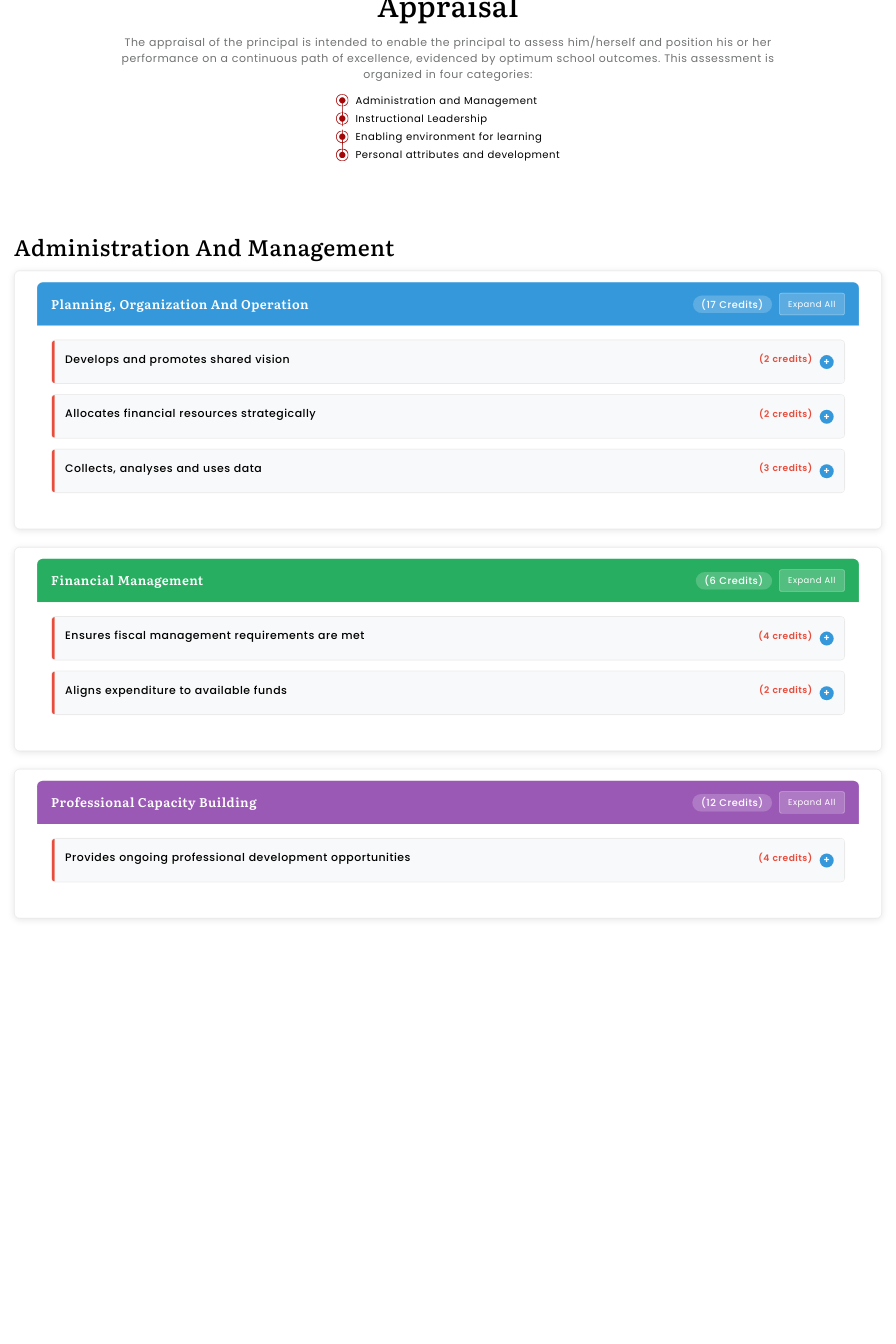
Repository: Dana204/principal-appraisal
Page: /
The author's editor kept a copy of each file at every save. The page is drawn from the files as they stood at one save, then again after the next save.
The browser window is 1280 px wide. The pictures show the part of the page from y = 546 to 2466 px (the page is 2683 px tall before and 2784 px after), at 70% of full size.
Backgrounds fixed to the window are drawn as part of the page. The project was rebuilt for these pictures with package versions that can differ from the ones it lists, and the page was loaded fresh each time. Also part of the build but not shown: vite.config.js, src/components/ButtonFilled/ButtonFilled.css, src/components/ButtonFilled/ButtonFilled.jsx, src/components/HeroSection/HeroSection.css, src/components/SlidingText/SlidingText.css, src/components/SlidingText/SlidingText.jsx, src/components/HeroSection/HeroSection.jsx, src/components/SectionTitle/SectionTitle.css and 15 more.

Above is the page before, as saved 2025-08-02 09:25:01.

### index.html
<!doctype html>
<html lang="en">
  <head>
    <meta charset="UTF-8" />
    <link rel="icon" type="image/svg+xml" href="/vite.svg" />
    <meta name="viewport" content="width=device-width, initial-scale=1.0" />

    <link rel="preconnect" href="https://fonts.googleapis.com">
    <link rel="preconnect" href="https://fonts.gstatic.com" crossorigin>
    <link href="https://fonts.googleapis.com/css2?family=Literata:wght@200;300;400;500;600&family=Poppins:wght@200;300;400;500;600&display=swap" rel="stylesheet">


    <title>Vite + React</title>

  </head>
  <body>
    <div id="root"></div>
    <script type="module" src="/src/main.jsx"></script>
  </body>
</html>

### src/index.css
/** @format */

:root {
  --black: #000;
  --white: #fff;
  --cultured: #f8f9faff;
  /* --primary-color: #1A64A1ff; */
  --primary-color: #a30707;
  --secondary-color: #d10909;
  /* --primary-gradient: linear-gradient(90deg, #D10909, #FF3B3B, #FF6B6B, #333333); */
  /* --primary-gradient: linear-gradient(90deg, #D10909, #FF3B3B, #FF6B6B, #333333); */
  --primary-gradient: linear-gradient(90deg, #8b0606, #d10909, #ff3b3b);
  /* --primary-color: #0466c8; */
  /* --secondary-color: #E3F0FF; */
  --accent-color: #f5737f;
  /* --accent-color: #010E37ff; */
  --red: #e51e22;
  --oxford-blue: #010e37ff;
  --oxford-blue-2: #010e37ff;
  /* --red100: rgb(229, 31, 35, ); */

  /* --gray100: #e9ecef; */
  --gray100: #f2f4f6;
  --gray200: #e5e5e5;
  --gray300: #8d959d;
  --gray400: #6c757d;
  --gray500: #131515;
  --gray600: #16181d;
  /* --gray600: #16181d; */
  --gray700: #070606;
  --gray900: #1f1f1f;

  --literata: "Literata", serif;
  --box-shadow: 0 15px 30px rgba(0, 0, 0, 0.08);
  --box-shadow2: -20px 20px 20px rgba(0, 0, 0, 0.02);
  --box-shadow3: rgba(0, 0, 0, 0.08) 0px 7px 29px 0px;

  --px8: calc(8 / 16 * 1rem);
  --icon-size-sm: calc(14 / 16 * 1rem);
  --icon-size-md: calc(18 / 16 * 1rem);
  --icon-size-lg: calc(24 / 16 * 1rem);
  --icon-size-xl: calc(32 / 16 * 1rem);
  /* --icon-size-sm: calc(20 / 16 * 1rem); */

  --spacing-sm: calc(5 / 16 * 1rem); /* 5px */
  --spacing-md: calc(10 / 16 * 1rem); /* 10px */
  --spacing-lg: calc(15 / 16 * 1rem); /* 15px */
  --spacing-xl: calc(20 / 16 * 1rem); /* 20px */
  --spacing-xxl: calc(32 / 16 * 1rem); /* 32px */

  --font-size-xs: calc(10 / 16 * 1rem); /* 10px */
  --font-size-sm: calc(14 / 16 * 1rem); /* 14px */
  --br-main: calc(25 / 16 * 1rem); /* 25px */
}

*,
*::before,
*::after {
  margin: 0;
  padding: 0;
  font-family: "poppins", sans-serif;
  box-sizing: border-box;
  scroll-behavior: smooth;
  letter-spacing: 0.7px;
  color: var(--eerie-black);
}

h1,
h2,
h3,
h4,
h5,
h6 {
  font-family: var(--literata);
  line-height: 1.2;
  text-transform: capitalize;
  font-weight: 500;
}

/* Responsive header tags using CSS clamp() */
h1 {
  font-size: clamp(
    1.5rem,
    5vw + 1rem,
    2.5rem
  ); /* Scales between 1.5rem and 2.5rem */
  /* font-weight: 500; */
}

h2 {
  font-size: clamp(
    1.25rem,
    4vw + 1rem,
    2rem
  ); /* Scales between 1.25rem and 2rem */
  /* font-weight: 500; */
}

h3 {
  font-size: clamp(
    1.1rem,
    3vw + 1rem,
    1.5rem
  ); /* Scales between 1.1rem and 1.75rem */
  font-weight: 400;
}

h4 {
  font-size: clamp(
    1rem,
    2.5vw + 0.8rem,
    1.5rem
  ); /* Scales between 1rem and 1.5rem */
  font-weight: 400;
}

h5 {
  font-size: clamp(
    0.9rem,
    2vw + 0.8rem,
    1.25rem
  ); /* Scales between 0.9rem and 1.25rem */
}

h6 {
  font-size: 1rem;
}

a {
  text-decoration: none;
}

ul {
  list-style-type: none;
}

button {
  /* outline: none; */
  cursor: pointer;
}

input {
  outline: none;
}

address {
  font-style: normal;
}

.container {
  max-width: 1500px;
  /* max-width: 1280px; */
  margin: 0 auto;
  padding: 0 var(--spacing-xl);
}

.grid-container {
  display: grid;
  grid-template-columns: repeat(auto-fit, minmax(250px, 1fr));
  gap: var(--spacing-xl);
}

.text-muted {
  color: var(--gray500);
  font-weight: 400;
  font-size: 0.975rem;
  opacity: 0.6;
}

.section-title {
  background: var(--gray100);
  padding: 0.5rem;
  border-radius: 8px;
  margin-bottom: 1rem;
  width: fit-content;
}

.section-subitem {
  background: var(--gray100);
  border: 1px solid var(--gray200);
  padding: 1rem 2rem;
  border-radius: 8px;
}

### src/App.jsx
/** @format */

import HomeSection from "./components/sections/HomeSection/HomeSection";
import ServicesSection from "./components/sections/ServicesSection/ServicesSection";
import NewsSection from "./components/sections/NewsSection/NewsSection";
import NetworkSection from "./components/sections/NetworkSection/NetworkSection";
import ContactSection from "./components/ContactSection/ContactSection";
import Footer from "./components/Footer/Footer";
import { Administration } from "./components/sections/Administration/Administration";

function App() {
  return (
    <>
      <HomeSection />
      <Administration />
      {/* <AboutSection />

			<ServicesSection />
			<NetworkSection />
			<NewsSection />
			<ContactSection />
			<Footer /> */}
    </>
  );
}

export default App;

### src/components/sections/HomeSection/HomeSection.jsx
/** @format */

import React from "react";
import HeaderTop from "../../HeaderTop/HeaderTop";
import Navbar from "../../Navbar/Navbar";
import HeroSection from "../../HeroSection/HeroSection";
import "./HomeSection.css";
import StyledList from "../../StyledList/StyledList";
import ButtonFilled from "../../ButtonFilled/ButtonFilled";

const HomeSection = () => {
  var data = [
    "Administration and Management",
    "Instructional Leadership",
    "Enabling environment for learning",
    "Personal attributes and development",
  ];
  return (
    <div className="home-section" id="home">
      <HeaderTop />
      <Navbar />
      <div className="home-section__banner container"></div>
      <div className="home-section__main container">
        <span className="section-title">Introduction</span>

        <h1>
          Principal Performance <br></br>Appraisal
        </h1>
        <p className="home-section__main-message text-muted">
          The appraisal of the principal is intended to enable the principal to
          assess him/herself and position his or her performance on a continuous
          path of excellence, evidenced by optimum school outcomes. This
          assessment is organized in four categories:
        </p>
        <StyledList items={data} />
      </div>
    </div>
  );
};

export default HomeSection;

### src/components/HeaderTop/HeaderTop.jsx
/** @format */

import React from "react";
import EmailIcon from "../../assets/icons/email.svg?react";
import PhoneIcon from "../../assets/icons/phone.svg?react";
import LocationIcon from "../../assets/icons/location.svg?react";
import InstagramIcon from "../../assets/icons/instagram.svg?react";
import LinkedInIcon from "../../assets/icons/linkedin.svg?react";
import TwitterIcon from "../../assets/icons/twitter.svg?react";
import "./HeaderTop.css";

const HeaderTop = () => {
  return (
    <div className="header-top">
      <div className="container">
        <span>Principal Performance Appraisal | Stacey Wilson-Reynolds</span>
        <span>
          {/* <b>Prepared By</b>: Stacey Wilson-Reynolds */}
          Every child can learn, every child must learn
        </span>
      </div>
    </div>
  );
};

export default HeaderTop;

### src/components/Navbar/Navbar.jsx
/** @format */

import React, { useState, useEffect } from "react";
import Logo from "../../assets/images/coat-of-arms.png";
import MenuIcon from "../../assets/icons/menu.svg?react";
import { Link, scrollSpy } from "react-scroll";
import ButtonFilled from "../ButtonFilled/ButtonFilled";
import "./Navbar.css";

const Navbar = () => {
  const navList = [
    "home",
    "Administration and Management",
    "Instructional Leadership",
    "Enabling Environment for Learning",
    "Personal attributes and development",
  ];

  const [scrolled, setScrolled] = useState(false);
  const [toggleMenu, setToggleMenu] = useState(false);

  const menuHandler = () => {
    setToggleMenu(!toggleMenu);
  };

  const scrollHandler = () => {
    if (window.scrollY > 50) {
      setScrolled(true);
    } else {
      setScrolled(false);
    }
  };

  useEffect(() => {
    scrollSpy.update();
  }, []);

  useEffect(() => {
    window.addEventListener("scroll", scrollHandler);
    return () => window.removeEventListener("scroll", scrollHandler);
  }, []);

  return (
    <nav aria-label="Main Navigation" className={scrolled ? "scrolled" : ""}>
      <div className="navbar container">
        <a href="https://moey.gov.jm/" aria-label="Homepage" target="_blank">
          <img alt="site logo" src={Logo} />
          <span>
            {" "}
            The Ministry of <br></br>Education
          </span>
        </a>
        <ul
          className={`navbar__list ${toggleMenu ? "toggled" : ""}`}
          role="list"
        >
          {navList.map((link, idx) => (
            <li key={idx}>
              <Link
                to={link.replaceAll(" ", "")}
                spy={true}
                smooth={true}
                duration={500}
                offset={-70}
                activeClass="active"
                isDynamic={true}
                tabIndex="0"
                aria-label={`Go to ${link} section`}
              >
                {link}
              </Link>
            </li>
          ))}
        </ul>

        <button onClick={menuHandler} className="navbar__menu">
          <MenuIcon />
        </button>
      </div>
    </nav>
  );
};

export default Navbar;

### src/components/sections/HomeSection/HomeSection.css
.home-section {
  position: relative;
}

.home-section__gradient {
  /* background: linear-gradient(110deg, #000 62%, transparent 60%); */
  background: linear-gradient(110deg, rgba(0, 0, 0, 0.9) 62%, transparent 60%);
  position: absolute;
  top: 0;
  bottom: 0;
  width: 100%;
}

.home-section__banner {
  border-radius: var(--br-main);
  background: url("../../../src/assets/images/home-banner.jpg");
  background-position: center;
  background-attachment: fixed;
  background-size: cover;
  background-repeat: no-repeat;
  display: flex;
  flex-wrap: wrap;
  align-items: center;
  min-height: 30vh;
  width: 100%;
}

.home-section__main {
  margin-top: 3rem;
  display: flex;
  flex-direction: column;
  justify-content: center;
  align-items: center;
  padding-top: var(--spacing-xl);
  padding-bottom: var(--spacing-xl);
  text-align: center;
}

.home-section__main > p {
  margin-top: 1rem;
}
.home-section__main-message {
  width: 100ch;
  margin-bottom: 1rem;
}

.home-section__main h1 {
  font-size: clamp(2rem, 2vw + 1rem, 46px);
}

.home-section__main > div h1 mark {
  color: var(--primary-color);
  background: transparent;
  font-family: var(--literata);
}

@media (max-width: 48rem) {
  .home-section__gradient {
    display: none;
  }
}

### src/components/StyledList/StyledList.jsx
import React from 'react'
import './StyledList.css'
import BulletIcon from '../../assets/icons/bullet2.svg?react'

const StyledList = ({items,variant='light', className=''}) => {
  return (
		<ul
			className={`styled-list ${className} ${variant}`}
			role='list'>
			{items.map((item, idx) => (
				<li key={idx}>
					<BulletIcon />
					<span>{item}</span>
				</li>
			))}
		</ul>
  );
}

export default StyledList

### src/components/sections/Administration/Administration.css
/** @format */

.administration {
  padding-top: 5rem;
  padding-bottom: 50rem;
}

.administration > h2 {
  margin-bottom: 1rem;
}

### src/components/SectionSubitem/SectionSubitem.jsx
import React, { useState } from "react";
import "./SectionSubitem.css";
import AccordionItem from "../AccordionItem/AccordionItem";
const SectionSubitem = ({
  title,
  titleBgColor = "#3498db",
  items = [],
  credits,
  className = "",
}) => {
  const [openItems, setOpenItems] = useState(new Set());

  const toggleItem = (index) => {
    const newOpenItems = new Set(openItems);
    if (newOpenItems.has(index)) {
      newOpenItems.delete(index);
    } else {
      newOpenItems.add(index);
    }
    setOpenItems(newOpenItems);
  };

  const toggleAll = () => {
    if (openItems.size === items.length) {
      setOpenItems(new Set());
    } else {
      setOpenItems(new Set(items.map((_, index) => index)));
    }
  };

  return (
    <div className={`section-subitem ${className}`}>
      <div
        className="section-subitem-header"
        style={{ backgroundColor: titleBgColor }}
      >
        <h3 className="section-subitem-title">
          {title}
          {credits && (
            <span className="credits-badge">({credits} credits)</span>
          )}
        </h3>
        {items.length > 0 && (
          <button className="toggle-all-btn" onClick={toggleAll} type="button">
            {openItems.size === items.length ? "Collapse All" : "Expand All"}
          </button>
        )}
      </div>
      <div className="section-subitem-body">
        {items.map((item, index) => (
          <AccordionItem
            key={index}
            title={item.title}
            credits={item.credits}
            evidence={item.evidence}
            detailContent={item.detailContent}
            isOpen={openItems.has(index)}
            onToggle={() => toggleItem(index)}
          />
        ))}
      </div>
    </div>
  );
};

export default SectionSubitem;

### src/components/HeaderTop/HeaderTop.css
.header-top {
  padding-top: var(--spacing-md);
  padding-bottom: var(--spacing-md);
  background: linear-gradient(
    110deg,
    rgba(0, 0, 0, 0.9) 60%,
    var(--gray100) 60%
  );
}

.header-top > div {
  display: flex;
  justify-content: space-between;
  font-size: 0.9rem;
}

.header-top > div span:first-child {
  color: var(--white);
}

@media (max-width: 860px) {
  .header-top {
    display: none;
  }
}

### src/components/Navbar/Navbar.css
/** @format */

nav {
  padding: 1rem 0;
  position: relative;
  top: 0;
  z-index: 1000;
  background: var(--white);
  width: 100%;
}

nav.scrolled {
  position: fixed;
  box-shadow: 0 4px 10px rgba(0, 0, 0, 0.1);
  padding-top: 0.4rem;
  padding-bottom: 0.4rem;
  transition: all ease-in 0.5s;
}

nav.scrolled .navbar > a {
  font-size: 1.5rem;
  transition: all ease-in 0.5s;
}

.navbar {
  display: flex;
  align-items: center;
  justify-content: space-between;
}

.navbar__menu {
  display: none;
  background: transparent;
  border: 0;
}

.navbar__menu svg {
  height: var(--icon-size-xl);
  width: var(--icon-size-xl);
}

.navbar-header {
  display: flex;
  align-items: center;
  gap: 0.5rem;
}

.navbar-header > a {
  width: 40%;
  margin: 0 auto;
  text-align: center;
}
.navbar-header > a span {
  font-family: var(--literata);
  font-size: clamp(1.5rem, 1.5vw + 0.5rem, 2rem);
  line-height: 1;
  margin-top: 5px;
}

.navbar-header > a img {
  height: clamp(50px, 5vw, 80px);
  transition: height 0.2s ease-out;
  display: block;
  margin: 0 auto;
}

.navbar > a {
  display: flex;
  align-items: center;
  gap: 0.5rem;
}

.navbar > a span {
  font-family: var(--literata);
  font-size: clamp(1.5rem, 1.5vw + 0.5rem, 2rem);
  line-height: 1;
  margin-top: 5px;
}

.navbar > a img {
  height: clamp(50px, 5vw, 80px);
  transition: height 0.2s ease-out;
}

/* Updated to target the correct class name */
.navbar__list {
  display: flex;
  flex-wrap: wrap;
  gap: var(--spacing-xl);
  max-width: 50%;
  margin-left: auto;
  padding: 0;
  text-align: right;
  justify-content: flex-end;
  align-items: center;
  list-style: none;
}

.navbar__list li a {
  text-align: right;
  font-size: var(--font-size-sm);
  text-transform: capitalize;
  cursor: pointer;
  position: relative;
  display: block;
}

.navbar__list li a:hover,
.navbar__list li a.active {
  color: var(--secondary-color);
}

.navbar__list li a::after {
  content: "";
  position: absolute;
  bottom: calc(-1 * var(--spacing-lg));
  left: 50%;
  transform: translateX(-50%);
  height: 5px;
  width: 5px;
  background: var(--secondary-color);
  border-radius: 25px;
  visibility: hidden;
}

.navbar__list li a:hover::after,
.navbar__list li a.active::after {
  transition: all ease-in 0.2s;
  visibility: visible;
  bottom: calc(-1 * var(--spacing-sm));
}

@media (max-width: 860px) {
  .navbar__menu {
    display: block;
  }

  .navbar__list {
    flex-direction: column;
    justify-content: space-evenly;
    align-items: center;
    background-color: var(--white);
    position: fixed;
    top: 0;
    left: -100%;
    height: 100vh;
    padding: var(--spacing-lg);
    width: 50%;
    transition: left ease-in 0.5s;
  }

  .navbar__list.toggled {
    left: 0;
  }

  .navbar__btn {
    display: none;
  }
}

### src/components/StyledList/StyledList.css
.styled-list li {
  position: relative;
  flex-wrap: wrap;
  display: flex;
  flex-wrap: nowrap;
  align-items: center;
  gap: var(--spacing-md);
}

.styled-list li:not(:last-child) {
  margin-bottom: var(--spacing-sm);
}

.styled-list li span {
  font-weight: 400;
  font-size: 0.9rem;
}
/* .styled-list.light li span {
  color: var(--white);
} */
.styled-list.dark li span {
  color: var(--black);
}

.styled-list li::before {
  content: "";
  position: absolute;
  left: calc(var(--icon-size-md) / 2);
  width: 1px;
  height: 100%;
  background: var(--primary-color);
}

.styled-list li:first-child::before {
  top: 50%;
}

.styled-list li:last-child::before {
  bottom: 50%;
}

.styled-list li svg {
  flex-shrink: 0;
  height: var(--icon-size-md);
  width: var(--icon-size-md);
  color: var(--primary-color);
}

### src/components/SectionSubitem/SectionSubitem.css
.demo-container h2 {
  text-align: center;
  color: #2c3e50;
  margin-bottom: 30px;
  font-size: 24px;
}

.section-subitem {
  margin-bottom: 25px;
  border-radius: 8px;
  box-shadow: 0 2px 10px rgba(0, 0, 0, 0.1);
  overflow: hidden;
  background: white;
}

.section-subitem-header {
  padding: 15px 20px;
  border-radius: 8px 8px 0 0;
  display: flex;
  justify-content: space-between;
  align-items: center;
  flex-wrap: wrap;
  gap: 10px;
}

.section-subitem-title {
  margin: 0;
  color: white;
  font-size: 18px;
  font-weight: 600;
  display: flex;
  justify-content: space-between;
  align-items: center;
  flex: 1;
}

.credits-badge {
  font-size: 14px;
  font-weight: 500;
  background: rgba(255, 255, 255, 0.2);
  padding: 4px 12px;
  border-radius: 15px;
  margin-left: 10px;
}

.toggle-all-btn {
  background: rgba(255, 255, 255, 0.2);
  color: white;
  border: 1px solid rgba(255, 255, 255, 0.3);
  padding: 6px 12px;
  border-radius: 4px;
  cursor: pointer;
  font-size: 12px;
  transition: all 0.3s ease;
}

.toggle-all-btn:hover {
  background: rgba(255, 255, 255, 0.3);
}

.section-subitem-body {
  padding: 20px;
  background: white;
}

### src/components/AccordionItem/AccordionItem.jsx
import React, { useState } from "react";
import "./AccordionItem.css";

const AccordionItem = ({
  title,
  credits,
  evidence,
  detailContent,
  isOpen,
  onToggle,
}) => {
  return (
    <div className="accordion-item">
      <div
        className="accordion-header"
        onClick={onToggle}
        role="button"
        tabIndex={0}
        onKeyDown={(e) => e.key === "Enter" && onToggle()}
      >
        <div className="action-text">
          <span className="action-title">{title}</span>
          <span className="action-credits">({credits} credits)</span>
        </div>
        {/* <div className="evidence-text">Evidence: {evidence}</div> */}
        <div className="accordion-icon">{isOpen ? "−" : "+"}</div>
      </div>

      {isOpen && (
        <div className="accordion-content">
          <div className="accordion-content-inner">
            {typeof detailContent === "string" ? (
              <div dangerouslySetInnerHTML={{ __html: detailContent }} />
            ) : (
              detailContent
            )}
          </div>
        </div>
      )}
    </div>
  );
};

export default AccordionItem;

### src/components/AccordionItem/AccordionItem.css
.accordion-item {
  margin-bottom: 15px;
  border: 1px solid #e0e0e0;
  border-radius: 6px;
  overflow: hidden;
  transition: all 0.3s ease;
}

.accordion-item:hover {
  box-shadow: 0 2px 8px rgba(0, 0, 0, 0.1);
}

.accordion-header {
  padding: 15px;
  background: #f8f9fa;
  cursor: pointer;
  border-left: 4px solid #e74c3c;
  transition: all 0.3s ease;
  position: relative;
  user-select: none;
}

.accordion-header:hover {
  background: var(--gray200);
}

/* .accordion-header:focus {
  outline: 2px solid #3498db;
  outline-offset: -2px;
} */

.action-text {
  display: flex;
  align-items: center;
  justify-content: space-between;
  /* align-items: flex-start; */
  margin-bottom: 8px;
  flex-wrap: wrap;
  gap: 10px;
  padding-right: 30px;
}

.action-title {
  font-weight: 500;
  font-size: 0.975rem;
  flex: 1;
}

.action-credits {
  color: #e74c3c;
  font-weight: 600;
  font-size: 13px;
  white-space: nowrap;
}

.evidence-text {
  color: #7f8c8d;
  font-size: 12px;
  font-style: italic;
  line-height: 1.4;
  padding-right: 30px;
}

.accordion-icon {
  position: absolute;
  right: 15px;
  top: 50%;
  transform: translateY(-50%);
  width: 20px;
  height: 20px;
  background: #3498db;
  color: white;
  border-radius: 50%;
  display: flex;
  align-items: center;
  justify-content: center;
  font-size: 14px;
  font-weight: bold;
  transition: all 0.3s ease;
}

.accordion-content {
  border-top: 1px solid #e0e0e0;
  background: white;
  animation: slideDown 0.3s ease-out;
}

.accordion-content-inner {
  padding: 20px;
}

.accordion-content h4 {
  margin: 0 0 10px 0;
  color: #2c3e50;
  font-size: 14px;
  font-weight: 600;
}

.accordion-content ul {
  margin: 8px 0;
  padding-left: 20px;
}

.accordion-content li {
  margin-bottom: 5px;
  color: #34495e;
  font-size: 13px;
  line-height: 1.4;
}

.accordion-content p {
  margin: 8px 0;
  color: #34495e;
  font-size: 13px;
  line-height: 1.5;
}

@keyframes slideDown {
  from {
    opacity: 0;
    max-height: 0;
  }
  to {
    opacity: 1;
    max-height: 500px;
  }
}

Loaded but not shown: src/main.jsx (common file); src/components/sections/Administration/Administration.jsx (215 lines, source omitted); src/components/ContactSection/ContactSection.css (no stored copy; drawn as an empty file); src/components/Footer/Footer.css (no stored copy; drawn as an empty file)

After the next save:
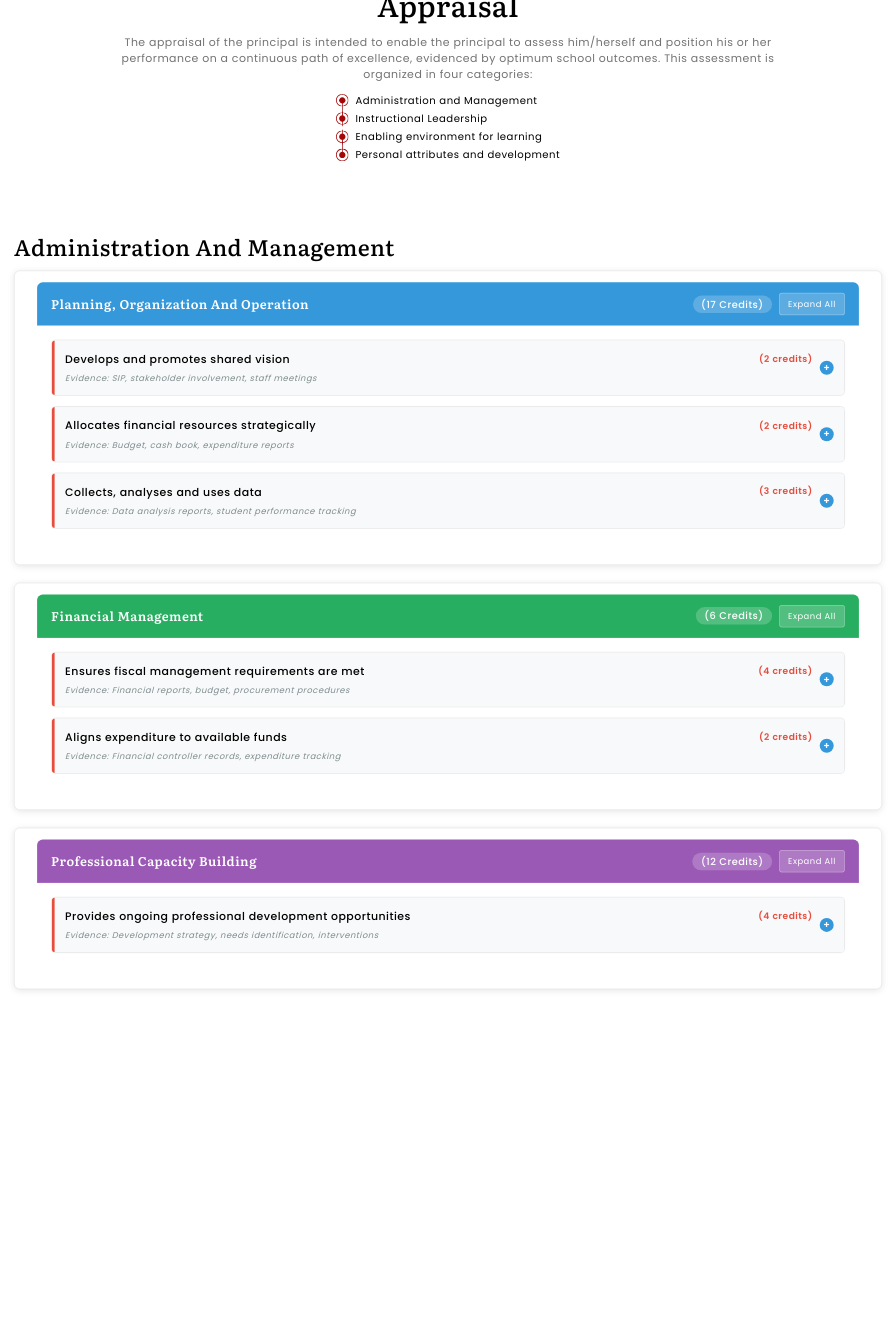
Saved 10 s later.
--- a/src/components/AccordionItem/AccordionItem.jsx
+++ b/src/components/AccordionItem/AccordionItem.jsx
@@ -22,7 +22,7 @@
           <span className="action-title">{title}</span>
           <span className="action-credits">({credits} credits)</span>
         </div>
-        {/* <div className="evidence-text">Evidence: {evidence}</div> */}
+        <div className="evidence-text">Evidence: {evidence}</div>
         <div className="accordion-icon">{isOpen ? "−" : "+"}</div>
       </div>
 
